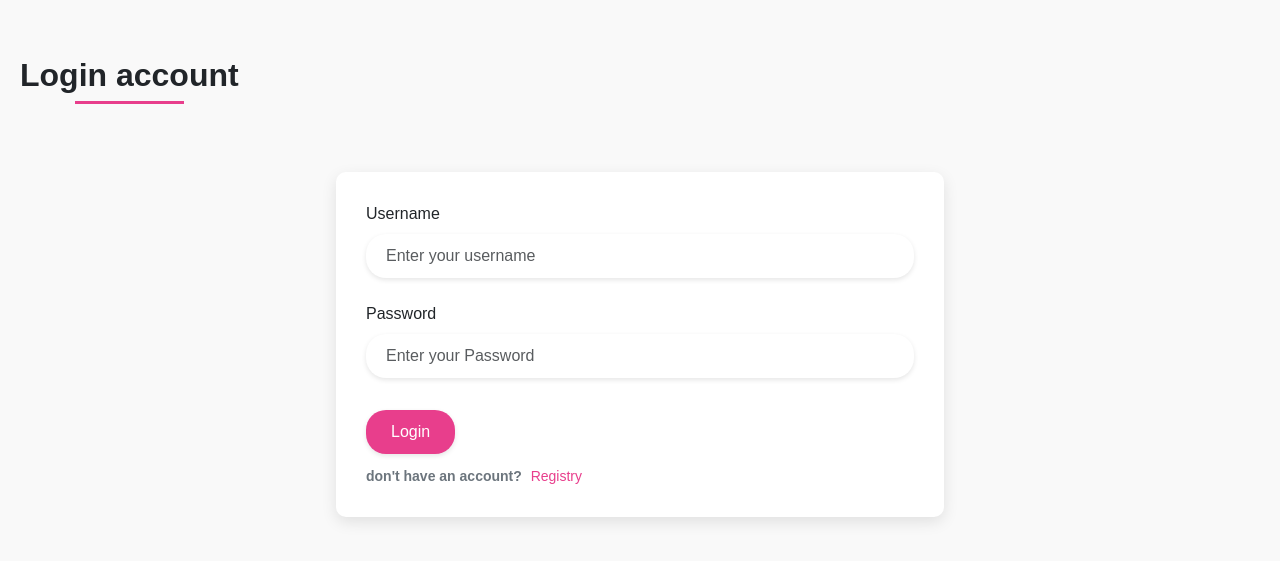
Repository: hahuuchinh2501/ecommerce_web
Page: http://localhost/users_area/user_login.php
These files come from the project's save history. The page is drawn as it stood at one moment and after the next save; the edit follows.
The browser window is 1280 px wide. The pictures show the whole page.
The page is run by PHP 8.4 with error messages shown; the project is at /var/www/html/.

Above is the page before, as saved 2025-03-20 11:10:28.

After the next save:
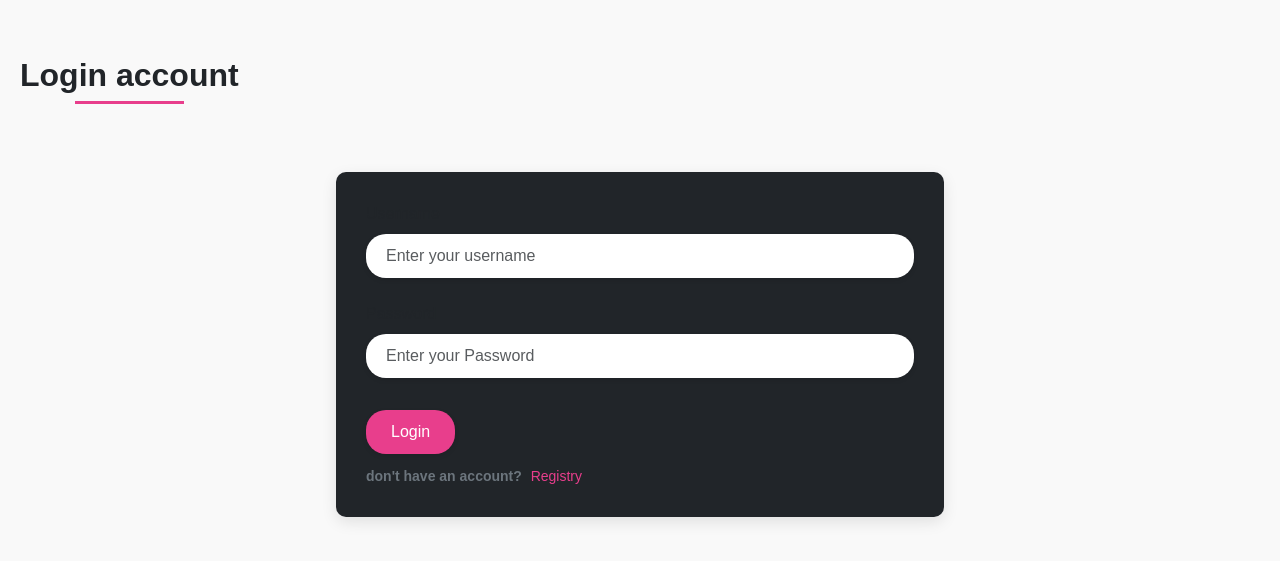
Saved 2 min 7 s later.
--- a/user_registration.css
+++ b/user_registration.css
@@ -76,7 +76,7 @@
 }
 
 form {
-  background-color: white;
+  background-color: #212529;
   padding: 30px;
   border-radius: 10px;
   box-shadow: 0 5px 15px rgba(0, 0, 0, 0.1);

After the save that followed:
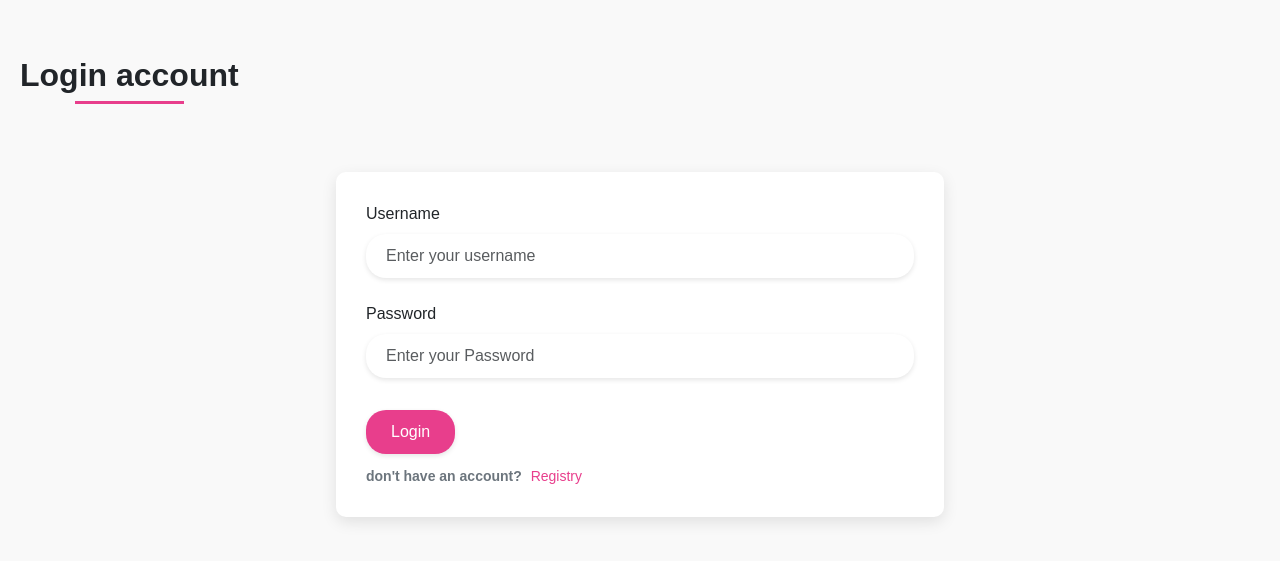
Saved 50 s later.
--- a/user_registration.css
+++ b/user_registration.css
@@ -76,7 +76,7 @@
 }
 
 form {
-  background-color: #212529;
+  background-color: white;
   padding: 30px;
   border-radius: 10px;
   box-shadow: 0 5px 15px rgba(0, 0, 0, 0.1);
